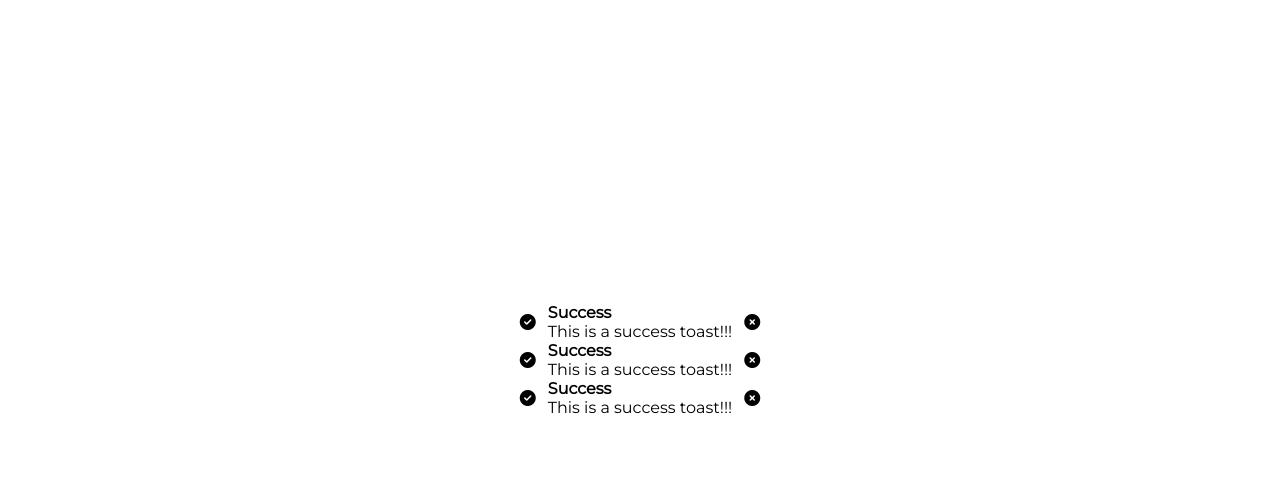
Repository: thuynguyen0964/Toast-Cooler
Page: index.html
The author's editor kept a copy of each file at every save. The page is drawn from the files as they stood at one save, then again after the next save.
The browser window is 1280 px wide. The pictures show the whole page.

Above is the page before, as saved 2023-01-26 20:20:05.

After the next save:
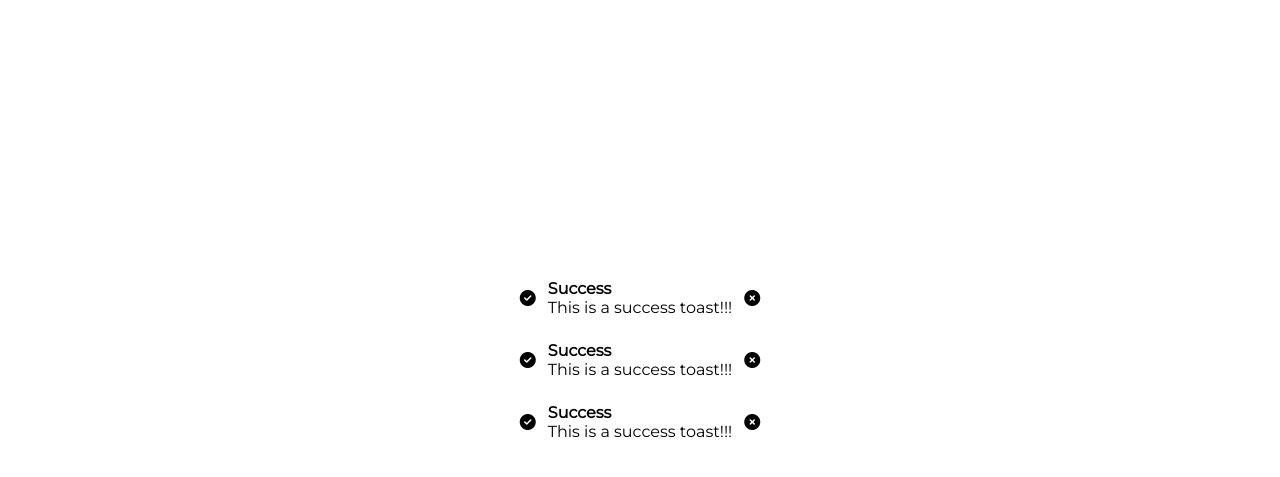
Saved 6 s later.
--- a/app/style.css
+++ b/app/style.css
@@ -18,5 +18,5 @@ body{
     justify-content: space-between;
 }
 .toast__text{
-    padding: 0 12px ;
+    padding: 12px ;
 }
